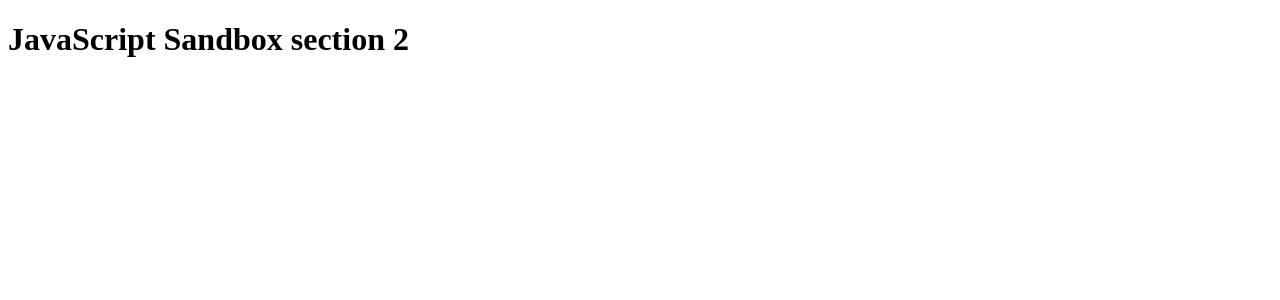
Repository: brianokanga/modern-javascript
Page: project/index.html
An editor plug-in stored every save of this project. The page is shown before and after the next save, followed by the edit.
The browser window is 1280 px wide. The pictures show the whole page.

Above is the page before, as saved 2020-03-29 00:32:31.

After the next save:
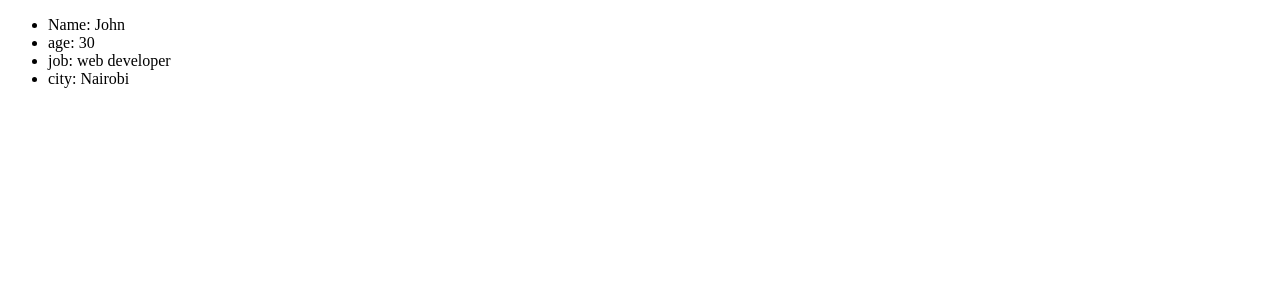
Saved 49 s later.
--- a/project/app2.js
+++ b/project/app2.js
@@ -11,3 +11,6 @@ html = '<ul>' +
         '<li>age: ' + age + '</li>' +
         '<li>job: ' + job + '</li>' +
         '<li>city: ' + city + '</li>';
+
+
+document.body.innerHTML = html;
